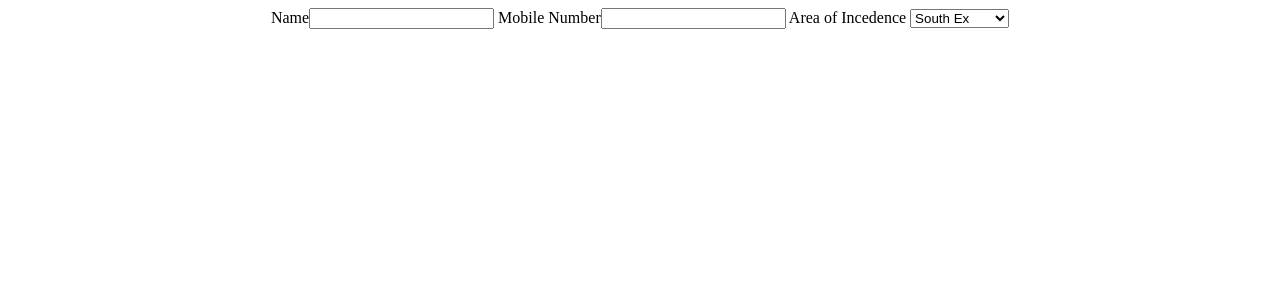
Repository: deevanshu07/Projects
Page: http://localhost/Q1_Servlet_2150186/Complaint.jsp
The author's editor kept a copy of each file at every save. The page is drawn from the files as they stood at one save, then again after the next save.
The browser window is 1280 px wide. The pictures show the whole page.
The page is served by Tomcat 9. Other server files are loaded and not shown.

Above is the page before, as saved 2015-03-26 09:14:34.

### BOOT_CAMP_PROJECTS/Deevanshu1/Q1_Servlet_2150186/WebContent/Complaint.jsp
<%@page import="java.util.List"%>
<%@ page language="java" contentType="text/html; charset=ISO-8859-1"
    pageEncoding="ISO-8859-1"%>
<!DOCTYPE html PUBLIC "-//W3C//DTD HTML 4.01 Transitional//EN" "http://www.w3.org/TR/html4/loose.dtd">
<html>
<head>
<meta http-equiv="Content-Type" content="text/html; charset=ISO-8859-1">
<title>Insert title here</title>
</head>
<body>

<% List incedence=(List)getServletContext().getAttribute("incedence"); %>
<center>

<form action="RegisterComplaintServlet">
Name<input type="text" name="userName"/>
Mobile Number<input type="text" name="mobileNumber"/>

Area of Incedence
<select name="incedenceOccur">
<%for(int i=0;i<incedence.size();i++) {
%>
<option><%=incedence.get(i) %></option>

<%} %>
</select>
</form>
</center>
</body>
</html>

After the next save:
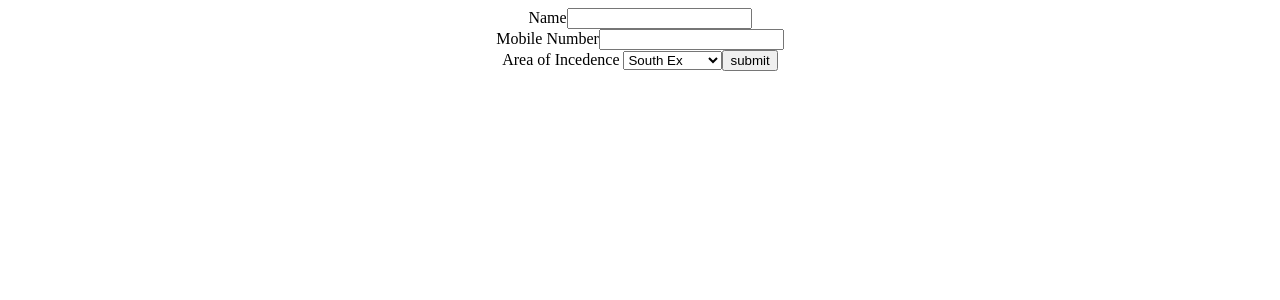
Saved 3 min 11 s later.
--- a/BOOT_CAMP_PROJECTS/Deevanshu1/Q1_Servlet_2150186/WebContent/Complaint.jsp
+++ b/BOOT_CAMP_PROJECTS/Deevanshu1/Q1_Servlet_2150186/WebContent/Complaint.jsp
@@ -13,8 +13,9 @@
 <center>
 
 <form action="RegisterComplaintServlet">
-Name<input type="text" name="userName"/>
-Mobile Number<input type="text" name="mobileNumber"/>
+Name<input type="text" name="userName"/><br/>
+
+Mobile Number<input type="text" name="mobileNumber"/><br/>
 
 Area of Incedence
 <select name="incedenceOccur">
@@ -23,6 +24,8 @@ Area of Incedence
 <option><%=incedence.get(i) %></option>
 
 <%} %>
+<br/>
+<input type="submit" value="submit"/>
 </select>
 </form>
 </center>
